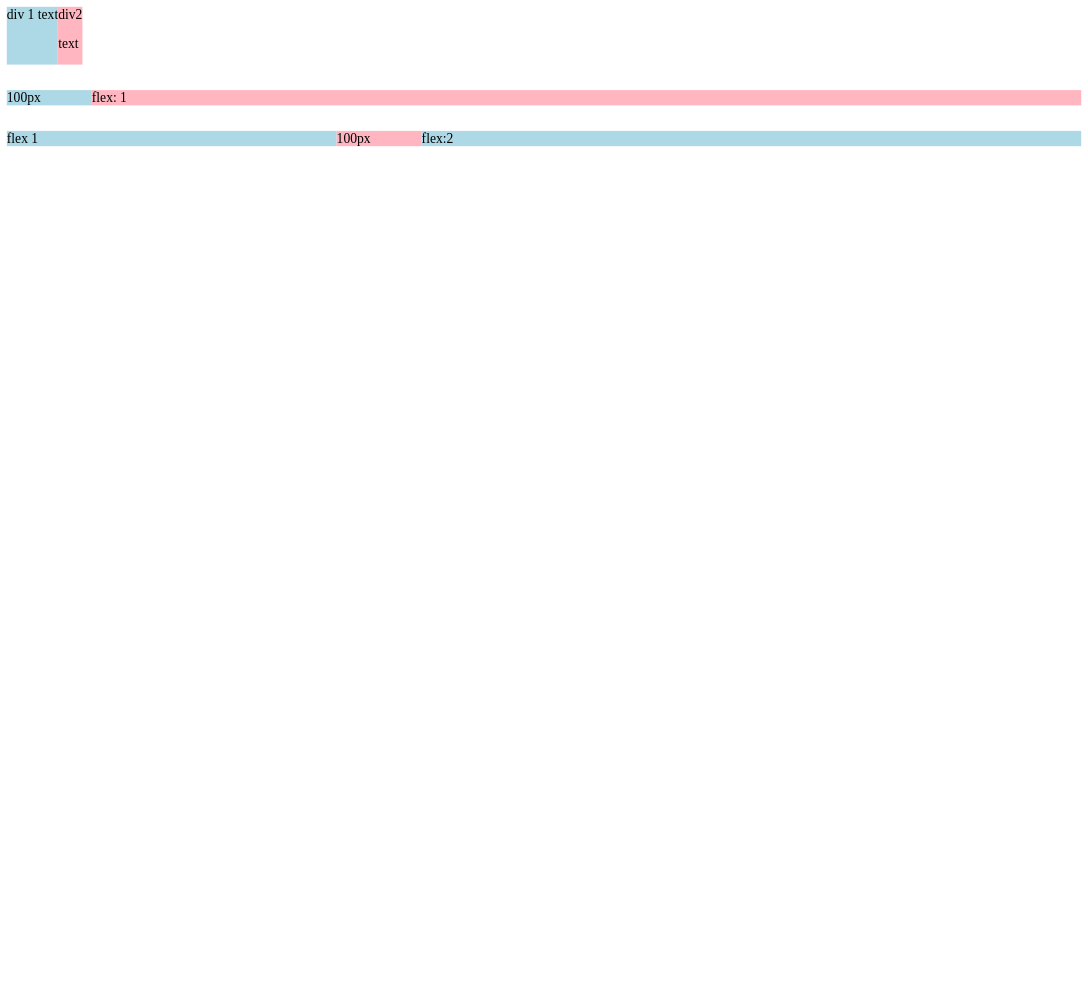
Repository: knowledgeAlan/html-css-twelve
Page: flexbox.html
The author's editor kept a copy of each file at every save. The page is drawn from the files as they stood at one save, then again after the next save.
The browser window is 1280 px wide. The pictures show the whole page, at 85% of full size.

Above is the page before, as saved 2024-03-11 17:18:27.

After the next save:
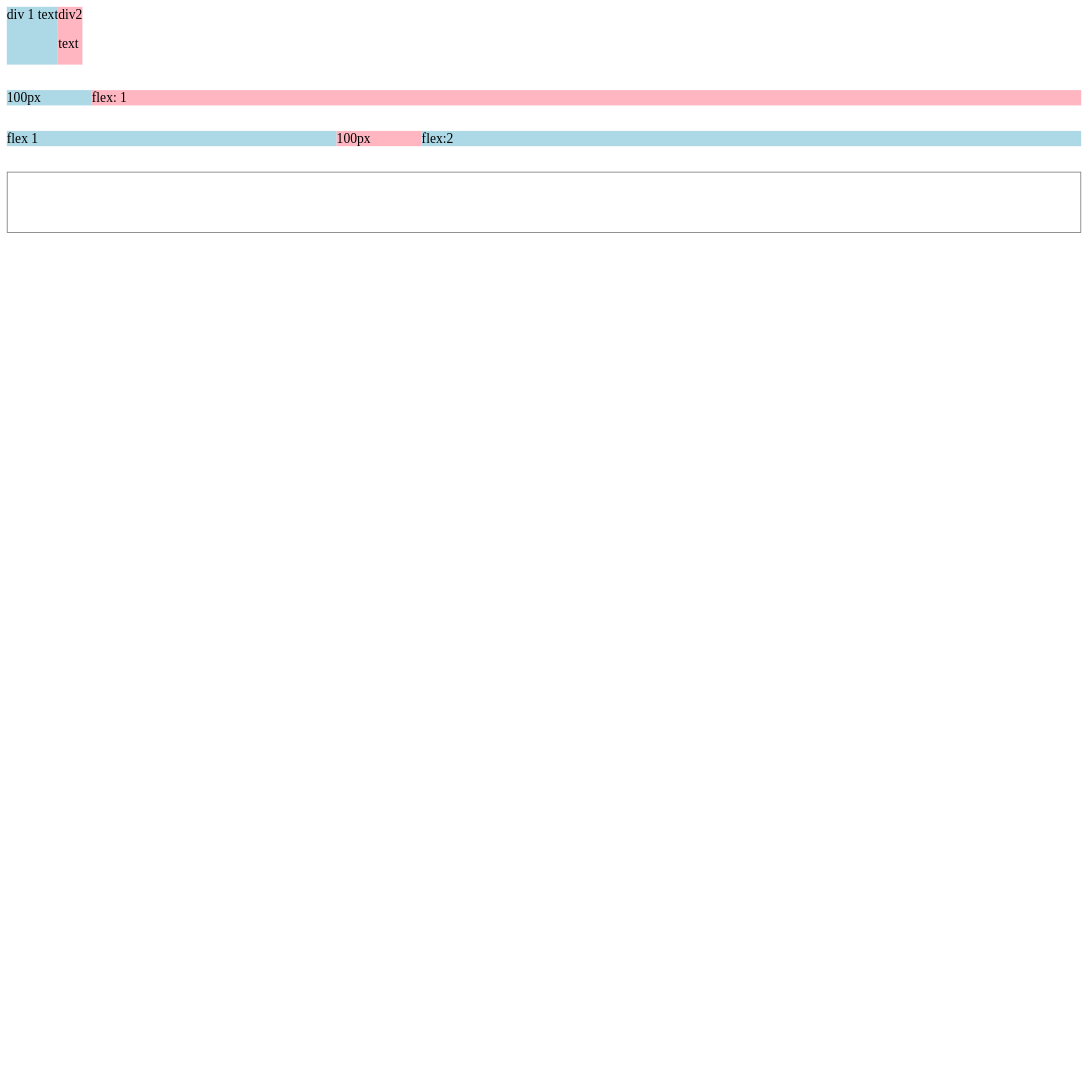
Saved 2 min 25 s later.
--- a/flexbox.html
+++ b/flexbox.html
@@ -65,5 +65,18 @@
         </div>
 
 
+        <div style="
+            margin-top: 30px;
+            height: 70px;
+            border-width: 1px;
+            border-style: solid ;
+            border-color: gray ;
+            display: flex;
+            flex-direction: row;
+            justify-content: center;
+        ">
+
+        </div>
+
     </body>
 </html>
